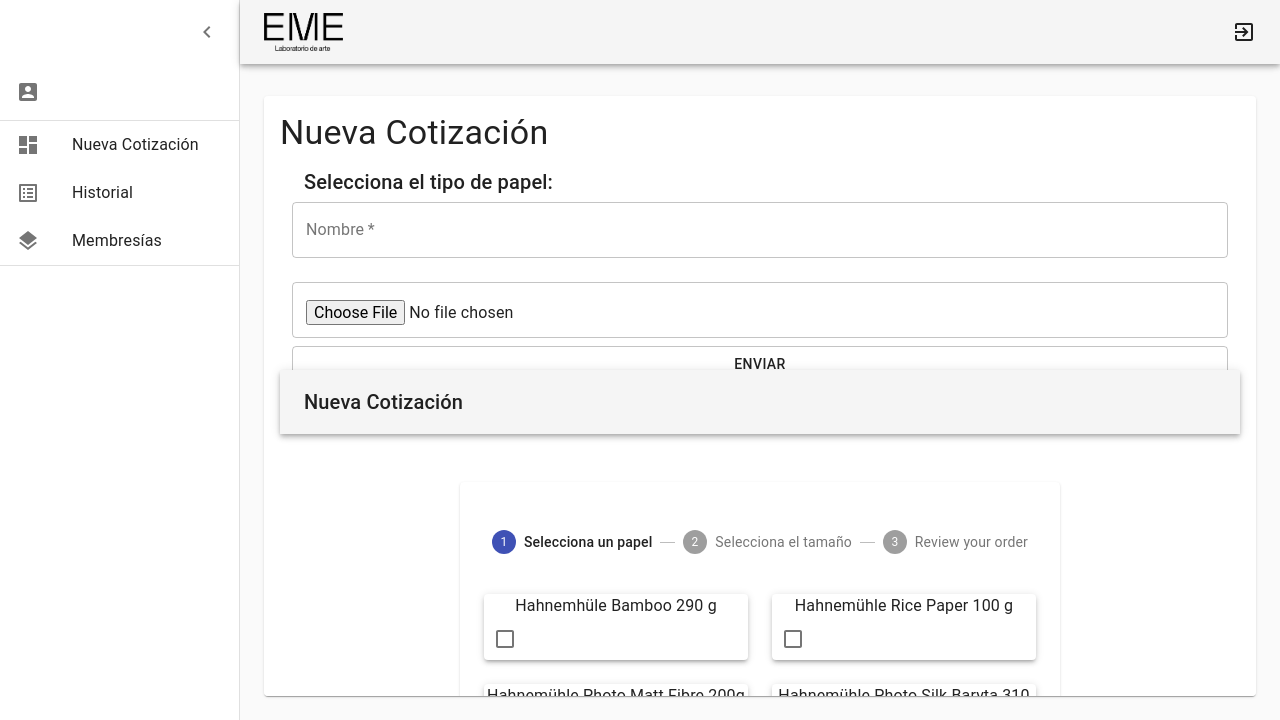
Repository: BrendaCarranco/eme-lab
Page: /Trabajo
These files come from the project's save history. The page is drawn as it stood at one moment and after a run of saves; the edit follows.
The browser window is 1280 px wide. The pictures show the whole page.
An inner scrolling area shows only its first screen. Some web libraries are served in a nearby version. The project was rebuilt for these pictures with package versions that can differ from the ones it lists, and the page was loaded fresh each time. Also part of the build but not shown: src/components/buildingPage/Building.js, src/temaConfig.js, src/components/buildingPage/Landing.js, src/components/login/Reset.js, src/components/Dashboard/Historial.js, src/components/Dashboard/Membresias.js, src/components/Cotizacion/SizeForm.js, src/components/Cotizacion/Review.js and 7 more.

Above is the page before, as saved 2020-08-31 04:30:36.

After the next 3 saves:
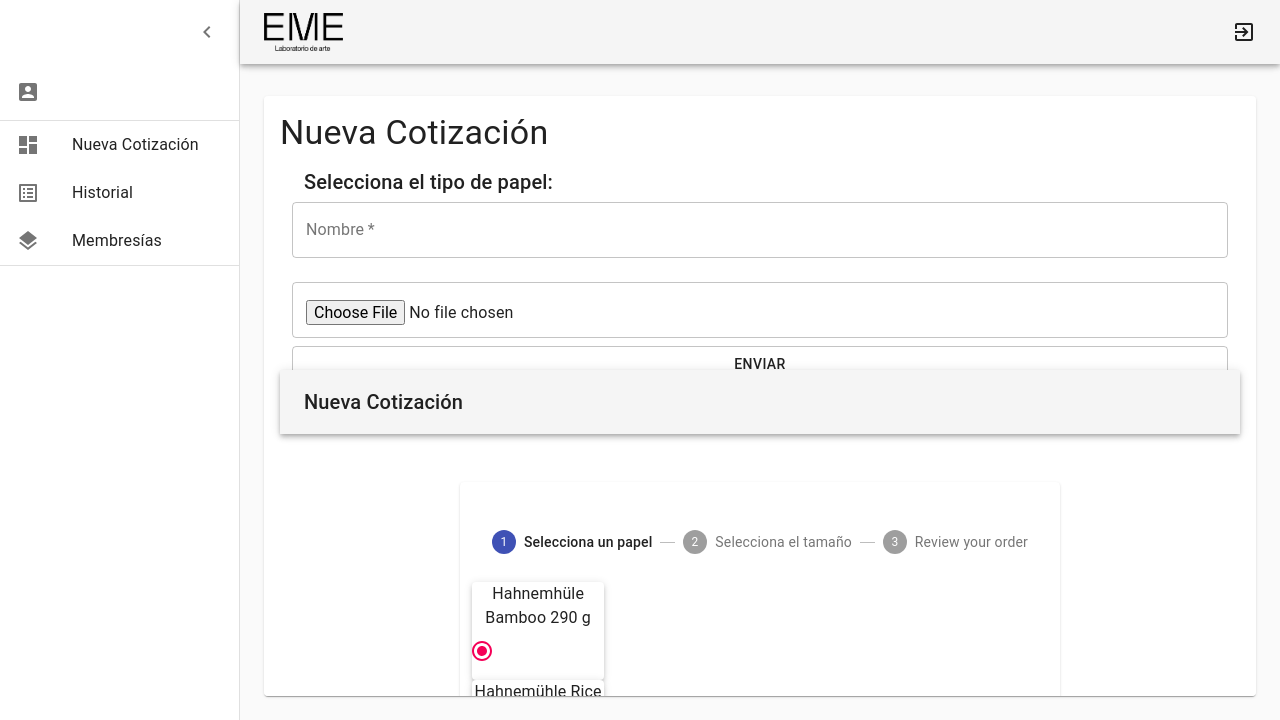
The 3 saves are shown as one change because 2 did not build or start.
The last was saved 12 min 6 s later.
--- a/src/components/Cotizacion/PaperForm.js
+++ b/src/components/Cotizacion/PaperForm.js
@@ -5,22 +5,35 @@ import 'moment/locale/es';
 
 import Grid from '@material-ui/core/Grid';
 import Typography from '@material-ui/core/Typography';
-import Checkbox from '@material-ui/core/Checkbox';
+import Radio from '@material-ui/core/Radio';
+import RadioGroup from '@material-ui/core/RadioGroup';
+import FormControlLabel from '@material-ui/core/FormControlLabel';
+import FormControl from '@material-ui/core/FormControl';
+
 import Paper from '@material-ui/core/Paper';
 
 
 export default function PaperForm() {
 
+  const [value, setValue] = React.useState('female');
+
+  const handleChange = (event) => {
+    setValue(event.target.value);
+  };
+
   return (
     <React.Fragment>
+
+
       <Grid container spacing={3}>
-
+      <FormControl component="fieldset">
+      <RadioGroup aria-label="gender" name="gender1" value={value} onChange={handleChange}>
         <Grid item xs={12} sm={6}>
           <Paper elevation={3}>
             <Typography align="center">
               Hahnemhüle Bamboo  290 g
             </Typography>
-            <Checkbox/>
+            <FormControlLabel value="female" control={<Radio />} />
           </Paper>
           </Grid>
           <Grid item xs={12} sm={6}>
@@ -28,7 +41,7 @@ export default function PaperForm() {
             <Typography align="center">
             Hahnemühle Rice Paper 100 g
             </Typography>
-            <Checkbox/>
+            <FormControlLabel value="female" control={<Radio />} />
           </Paper>
           </Grid>
           <Grid item xs={12} sm={6}>
@@ -36,7 +49,7 @@ export default function PaperForm() {
             <Typography align="center">
             Hahnemühle Photo Matt Fibre 200g
             </Typography>
-            <Checkbox/>
+            <FormControlLabel value="female" control={<Radio />} />
           </Paper>
           </Grid>
           <Grid item xs={12} sm={6}>
@@ -44,7 +57,7 @@ export default function PaperForm() {
             <Typography align="center">
             Hahnemühle Photo Silk Baryta 310 g
             </Typography>
-            <Checkbox/>
+            <FormControlLabel value="female" control={<Radio />} />
           </Paper>
           </Grid>
           <Grid item xs={12} sm={6}>
@@ -52,12 +65,12 @@ export default function PaperForm() {
             <Typography align="center">
             EPSON Pap. Enhanced Mate
             </Typography>
-            <Checkbox/>
+            <FormControlLabel value="female" control={<Radio />} />
           </Paper>
           </Grid>
 
-
-
+          </RadioGroup>
+        </FormControl>
       </Grid>
     </React.Fragment>
   );
